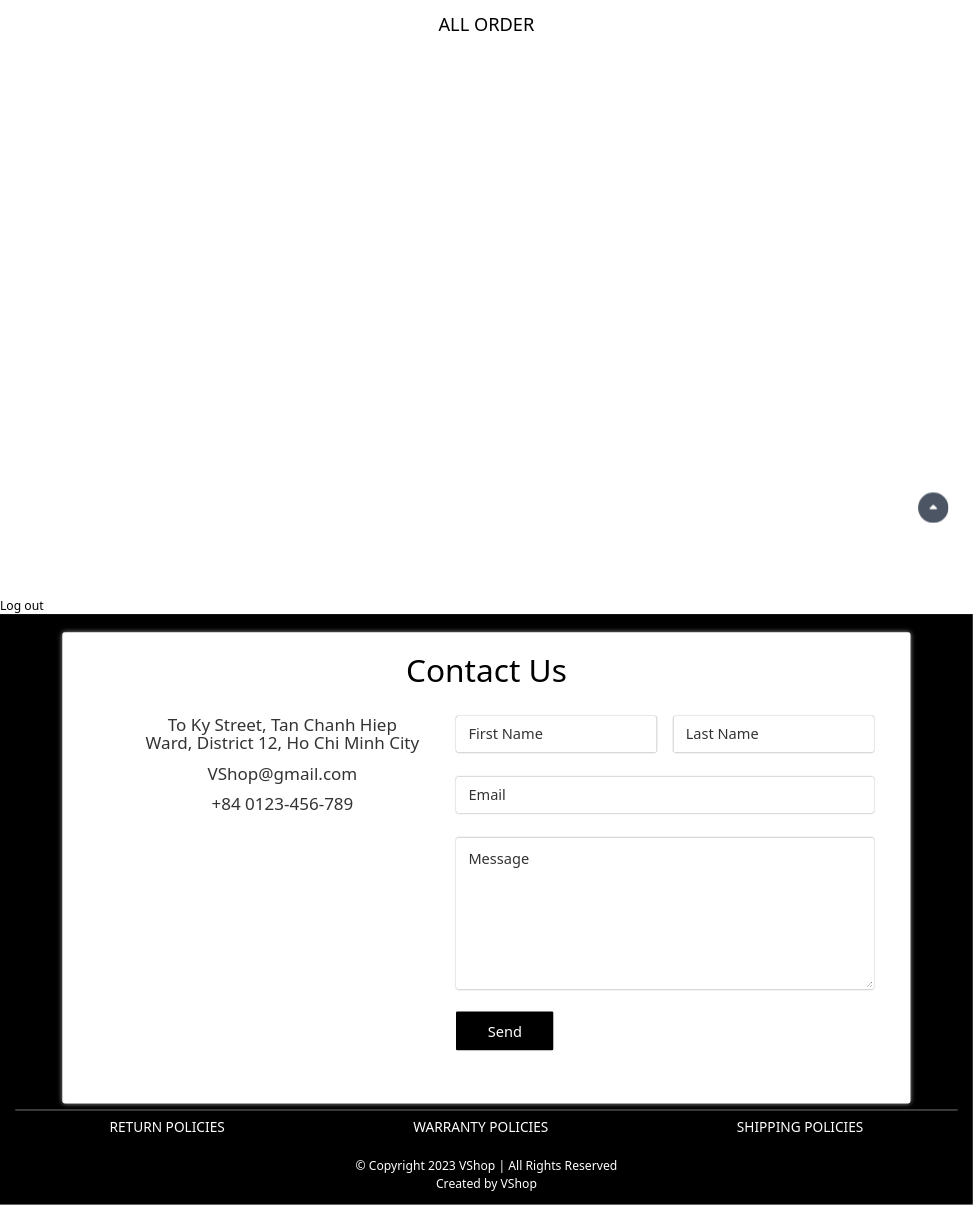
Repository: Kith933UTH/VSHOP
Page: /user
The author's editor kept a copy of each file at every save. The page is drawn from the files as they stood at one save, then again after the next save.
The browser window is 1280 px wide. The pictures show the whole page, at 76% of full size.
Pictures or frames that could not be fetched are drawn as grey boxes. The project was rebuilt for these pictures with package versions that can differ from the ones it lists, and the page was loaded fresh each time. Also part of the build but not shown: src/components/product-item/ProductItem.js, src/components/loader/Loader.js, src/constants/constants.js, src/components/product-filters/Category.js, src/components/product-filters/Price.js, src/components/product-filters/Rating.js, src/components/product-filters/ProductFilters.js, src/components/cart-shopping/CartEmpty.js and 25 more.

Above is the page before, as saved 2023-08-05 22:48:04.

### public/index.html
<!DOCTYPE html>
<html lang="en">
  <head>
    <meta charset="utf-8" />
    <link rel="icon" href="./logo.png" />
    <meta name="viewport" content="width=device-width, initial-scale=1" />
    <meta name="theme-color" content="#000000" />
    <meta
      name="description"
      content="Web site created using create-react-app"
    />
    <link rel="apple-touch-icon" href="%PUBLIC_URL%/logo192.png" />
    <!--
      manifest.json provides metadata used when your web app is installed on a
      user's mobile device or desktop. See https://developers.google.com/web/fundamentals/web-app-manifest/
    -->
    <link rel="manifest" href="%PUBLIC_URL%/manifest.json" />
    <!--
      Notice the use of %PUBLIC_URL% in the tags above.
      It will be replaced with the URL of the `public` folder during the build.
      Only files inside the `public` folder can be referenced from the HTML.

      Unlike "/favicon.ico" or "favicon.ico", "%PUBLIC_URL%/favicon.ico" will
      work correctly both with client-side routing and a non-root public URL.
      Learn how to configure a non-root public URL by running `npm run build`.
    -->
    <title>VShop</title>
  </head>
  <body>
    <noscript>You need to enable JavaScript to run this app.</noscript>
    <div id="root"></div>
  </body>
</html>

### src/index.js
import React from 'react'
import ReactDOM from 'react-dom/client'
import App from './App'
import {Provider} from "react-redux"
import {BrowserRouter} from "react-router-dom"
import {store} from "./redux"
import './index.css'

const root = ReactDOM.createRoot(document.getElementById('root'))
root.render(
    <Provider store={store}>
        <BrowserRouter>
            <App />
        </BrowserRouter>
    </Provider>
)

### src/App.js
import React from "react"
// import { useState } from "react"
import {Context} from "./context/context"
import {Route, Routes} from "react-router-dom"
import {HomePage} from "./pages/HomePage"
import {ProductOverView} from "./pages/ProductOverView"
// import {Header} from "./components/header/Header"
import {Footer} from "./components/footer/Footer"
import {BtnScroll} from "./components/btn-scroll/BtnScroll"
import { LoginPage } from "./components/login/LoginPage"
import { RegisterPage } from "./components/login/RegisterPage"
import { PrivatePage } from "./pages/PrivatePage"
import { ProductOverViewPrivate } from "./pages/ProductOverViewPrivate"
import { ReturnPolicy } from "./components/policy/ReturnPolicy"
import { WarrantyPolicy } from "./components/policy/WarrantyPolicy"
import { ShippingPolicy } from "./components/policy/ShippingPolicy"
import { AdminPage } from "./pages/AdminPage"
import { Payment } from "./components/payment/Payment"
import { Success } from "./components/payment/Success"
import { User } from "./components/user/User"
export default function App() {
    const productId = {id: 0}
    return (
        <main>
            <Context.Provider value={productId}>
                {/* <Header /> */}
                <Routes>
                    {/* <Route path='/private' element={ <PrivatePage /> }/> */}
                    <Route index element={ <HomePage /> }/>
                    <Route path='/products/:id' element={ <ProductOverView /> }/>
                    {/* <Route path='/private/private/products/:id' element={ <ProductOverViewPrivate /> }/> */}
                    <Route path="/login" element={ <LoginPage /> } />
                    <Route path="/register" element={ <RegisterPage /> } />
                    <Route path="/return-policy" element={ <ReturnPolicy /> } />
                    <Route path="/warranty-policy" element={ <WarrantyPolicy /> } />
                    <Route path="/shipping-policy" element={ <ShippingPolicy /> } />
                    <Route path="/admin" element={ <AdminPage /> } />
                    <Route path="/payment" element={ <Payment /> } />
                    {/* <Route path="/private/payment" element={ <Payment /> } /> */}
                    <Route path="/products/:id/payment" element={ <Payment /> } />
                    {/* <Route path="/private/private/products/:id/payment" element={ <Payment /> } /> */}
                    <Route path="/success" element={ <Success /> } />
                    <Route path="/user" element={ <User /> } />
                </Routes>
                <BtnScroll />
                <Footer/>
            </Context.Provider>
        </main>
    )
}

### src/redux/index.js
import {configureStore} from "@reduxjs/toolkit"
import {productsApi} from "./products/products.api"
import {productReducer} from "./products/products.slice"
import {setupListeners} from "@reduxjs/toolkit/query"

export const store = configureStore({
    reducer: {
        [productsApi.reducerPath]: productsApi.reducer,
        product: productReducer
    },
    middleware: getDefaultMiddleware => getDefaultMiddleware().concat(productsApi.middleware)
})

setupListeners(store.dispatch)

### src/index.css
@tailwind base;
@tailwind components;
@tailwind utilities;

@layer utilities {
    input[type="number"]::-webkit-inner-spin-button,
    input[type="number"]::-webkit-outer-spin-button {
        @apply appearance-none;
    }
}

html, body {
    width: 100%;
    height: 100%;
}

body::-webkit-scrollbar,
.box-item::-webkit-scrollbar,
.search-box::-webkit-scrollbar{
    width: 8px;
}

main {
    display: flex;
    flex-direction: column;
    height: 100%;
}

body::-webkit-scrollbar-thumb,
.box-item::-webkit-scrollbar-thumb,
.search-box::-webkit-scrollbar-thumb{
    background-color: #ccc;
    border-radius: 20px;
}

#root {
    height: 100%;
}

body {
    overflow: hidden;
}

.productItem:hover {
    transition: opacity .3s linear;
    opacity: .5;
}

.box-item {
    height: 320px;
    overflow-y: scroll;
}

/* Loader */
.loader-box {
    width: 100px;
    height: 100px;
    display: flex;
    justify-content: center;
    align-items: center;
    margin: 50px auto 0;
}

.loader{
    position: relative;
    width: 70px;
    height: 70px;
}

.loader span {
    position: absolute;
    top:0;
    left: 0;
    width: 100%;
    height: 100%;
    transform: rotate(calc(18deg * var(--i)));
}

.loader span::before {
    content:'';
    position: absolute;
    top: 0;
    left: 0;
    width: 10px;
    height: 10px;
    background: #000;
    border-radius: 50%;
    transform: scale(0);
    animation: animate 2s linear infinite;
    animation-delay: calc(0.1s * var(--i));
}
@keyframes animate {
    0%{
        transform: scale(0);
    }
    10%{
        transform: scale(1.2);
    }
    80%,100%{
        transform: scale(0);
    }
}

### src/context/context.js
import {createContext} from "react"

export const Context = createContext()

### src/components/footer/Footer.js
import React from "react"
import { Contact } from "../contact/Contact"
import { Policy } from "../policy/Policy"
export function Footer() {
    return (
        <footer className='bg-black text-white in-h-fit'>
            {/* <div className='max-w-[1240px] mx-auto py-2 text-sm sm:text-base'>
                <div className='flex justify-center'>
                    <a href='https://github.com/VolodymyrGoshko/react-shop'
                       target='_blank'
                       rel="noreferrer"
                       className='capitalize border-b mb-3 text-base hover:text-gray-300 transition'
                    >
                        view source code on github
                    </a>
                </div>
                <div className='flex justify-center flex-col items-center'>
                    <p className='text-center'>© Copyright 2022 React Shop | All Rights Reserved</p>
                    <a href='https://www.linkedin.com/in/volodymyr-goshko-656ab920b/'
                       target="_blank"
                       rel="noreferrer"
                       className='hover:text-gray-300 transition'
                    >
                        Created by Volodymyr Goshko
                    </a>
                </div>
            </div> */}
            <Contact />
            <Policy />
            <div className='flex justify-center flex-col items-center my-4'>
                    <p className='text-center'>© Copyright 2023 VShop | All Rights Reserved</p>
                    <a href='#' className='hover:text-gray-300 transition' >
                        Created by VShop
                    </a>
                </div>
        </footer>
    )
}

### src/components/btn-scroll/BtnScroll.js
import React from "react"
import {FontAwesomeIcon} from "@fortawesome/react-fontawesome"
import {faCaretUp} from "@fortawesome/free-solid-svg-icons"

export function BtnScroll() {
    const topClick = () => {
        const body = document.querySelector('body').getBoundingClientRect().top + window.scrollY
        window.scroll({
            top: body,
            behavior: 'smooth'
        })
    }

    return (
        <button
            className='fixed bottom-8 right-4 bg-gray-600 text-white rounded-full w-[30px] h-[30px] md:w-[40px] md:h-[40px] md:right-8 md:bottom-8 z-20 shadow-gray-600'
            onClick={topClick}
        >
            <FontAwesomeIcon icon={faCaretUp}/>
        </button>
    )
}

### src/components/user/User.js
import React from "react"
import {useDispatch, useSelector} from "react-redux"
import { useNavigate} from "react-router-dom"
import { OrderItem } from "./OrderItem"
import { toggleLogin } from "../../redux/products/products.slice"

export function User() {
    const dispatch = useDispatch()
    const navigate = useNavigate()
    const {cart, order} = useSelector(state => state.product)
    const totalPrice = (items) => {
        let price = 0
        items.forEach(item => price += item.price * item.quantity)
        return Math.round(price * 100) / 100
    }
    const handleLogOut = () => {
        dispatch(toggleLogin(false))
        navigate('/')
    }

    return (
        <>
        <div className="text-2xl font-medium text-center py-4">ALL ORDER</div>
        <div className={`min-w-[400px] min-h-screen flex flex-col items-center ${cart.length > 2 ? 'box-item' : ''}`}>
            {!order
            ? 'No order yet'
            : order.map((items, index) =>
            <div key={index} className="border-2 rounded border-black mb-10 w-4/5">
                <div className="text-2xl font-medium pl-2 border-b-2"> Order {index + 1} </div>
                {items.map(item => <OrderItem key={item.id} item={item}/>)}
                <div className='mr-0 sm:mr-4 font-semibold flex justify-end'>
                    <span className='text-base sm:text-xl my-2'>Total:  </span>
                    <span className='text-base sm:text-xl my-2 ml-4'>{totalPrice(items)} $</span>
                </div>
            </div>
            )}
        </div>
        <div>
            {/* <button onClick={navigate('/')}>Back to HomePage</button> */}
            <button onClick={handleLogOut}>Log out</button>
        </div>
        </>
    )
}

### src/redux/products/products.api.js
import {createApi, fetchBaseQuery} from "@reduxjs/toolkit/query/react"

export const productsApi = createApi({
    reducerPath: 'products/api',
    baseQuery: fetchBaseQuery({
        baseUrl: 'https://fakestoreapi.com'
    }),
    // refetchOnFocus: true,
    endpoints: build => ({
        getProductsAll: build.query({
            query:() => ({
                url: '/products'
            })
        }),
        getProductById: build.query({
            query:(id) => ({
                url: `/products/${id}`
            })
        }),
        getProductByCategory: build.query({
            query:(category) => ({
                url: `/products/category/${category}`
            })
        })
    })
})

export const {
    useGetProductsAllQuery,
    useGetProductByIdQuery,
    useGetProductByCategoryQuery
} = productsApi

### src/redux/products/products.slice.js
import {createSlice} from "@reduxjs/toolkit"

const productsSlice = createSlice({
    name: 'products',
    initialState: {
        cart: [],
        btnCart: null,
        filters: {},
        search: false,
        searchFilterProducts: null,
        logged: false,
        user: {username: 'username', password: 'password'},
        order: JSON.parse(localStorage.getItem("ORDER")) || []
    },
    reducers: {
        clearCart(state, action) {
            state.cart = state.cart.slice(0, action.payload)
        },
        addProductToCart(state, action) {
            state.cart.push({...action.payload, quantity: 1})
        },
        incrementProductInCart(state, action) {
            const item = state.cart.find(item => item.id === action.payload)
            item.quantity++
        },
        decrementProductInCart(state, action) {
            const item = state.cart.find(item => item.id === action.payload)
            if (item.quantity === 1) {
                item.quantity = 1
            } else {
                item.quantity--
            }
        },
        toggleBtnCart(state, action) {
            state.btnCart = action.payload
        },
        removeItemFromCart(state, action) {
            state.cart = state.cart.filter(el => el.id !== action.payload)
        },
        filtersProductsByCategory(state, action) {
            state.filters = action.payload
        },
        toggleSearchForm(state, action) {
            state.search = action.payload
        },
        toggleLogin(state, action) {
            state.logged = action.payload
        },
        setSearchFilterProducts(state, action) {
            state.searchFilterProducts = action.payload
        },
        setLocalStorage(state, action) {
            state.order.push(action.payload)
            localStorage.setItem('ORDER', JSON.stringify(state.order))
        }
    },
})

export const productReducer = productsSlice.reducer
export const {
    clearCart,
    addProductToCart,
    incrementProductInCart,
    decrementProductInCart,
    toggleBtnCart,
    removeItemFromCart,
    filtersProductsByCategory,
    toggleSearchForm,
    toggleLogin,
    setSearchFilterProducts,
    setLocalStorage
} = productsSlice.actions

### src/components/policy/Policy.js
import React from "react"
import { Link } from "react-router-dom"
export function Policy() {
    return (
        <div className='text-white in-h-fit max-w-[1240px] mx-auto py-2 text-sm sm:text-base flex justify-around items-cente'>
            <Link className='text-lg font-medium text-center' to='/return-policy'>
                RETURN POLICIES
            </Link>
            <Link className='text-lg font-medium text-center' to='/warranty-policy'>
                WARRANTY POLICIES
            </Link>
            <Link className='text-lg font-medium text-center' to='/shipping-policy'>
                SHIPPING POLICIES
            </Link>
        </div>
    )
}

### src/components/contact/index.css
.contact-section {
    /* height: 96vh; */
    width: 100%;
    border-bottom: 1px solid #999;
}

.form-area {
    position: relative;
    /* height:84vh; */
    width: 100%;
    background: black;
    -webkit-box-sizing: border-box;
    box-sizing: border-box;
}

.form-area .form-wrap {
    /* position: absolute; */
    /* left: 50%;
    -webkit-transform: translateX(-50%);
    -ms-transform: translateX(-50%);
    transform: translateX(-50%); */
    width: 1120px;
    background-color: white;
    background-size: cover;
    background-position: center;
    border-radius: 0.2rem;
    -webkit-box-sizing: border-box;
    box-sizing: border-box;
    -webkit-box-shadow: 0 0 0.4rem 0 #999;
    box-shadow: 0 0 0.4rem 0 #999;
}

.form-wrap .title {
    padding-top: 2.4rem;
    width: 100%;
    -webkit-box-sizing: border-box;
    box-sizing: border-box;
}

.form-wrap .title h1 {
    color: black;
    font-size: 2.6rem;
    text-align: center;
}

.form-wrap .contact-area {
    padding-top: 3rem;
    display: -webkit-box;
    display: -ms-flexbox;
    display: flex;
    width: 100%;
    height: auto;
    -webkit-box-sizing: border-box;
    box-sizing: border-box;
}

.contact-area .contact-info {
    display: flex;
    flex-direction: column;
    justify-content: center;
    align-items: center;
    width: 35%;
    height: 100%;
    margin-left: 6rem;
}

.contact-info>div {
    margin-bottom: 1rem;
    display: -webkit-box;
    display: -ms-flexbox;
    display: flex;
    -webkit-box-align: center;
    -ms-flex-align: center;
    align-items: center;
}

.contact-info>div>p {
    color: #333;
    font-size: 1.4rem;
    font-weight: 500;
    text-align: center;
}

.contact-info>div>span {
    color: #61790a;
    font-size: 2rem;
    margin-right: 0.8rem;
}

.contact-area .contact-form {
    display: -webkit-box;
    display: -ms-flexbox;
    display: flex;
    -webkit-box-orient: vertical;
    -webkit-box-direction: normal;
    -ms-flex-direction: column;
    flex-direction: column;
    width: 60%;
    height: auto;
    padding: 0 3rem;
    -webkit-box-sizing: border-box;
    box-sizing: border-box;
}

.contact-form .name-field {
    display: -webkit-box;
    display: -ms-flexbox;
    display: flex;
    -webkit-box-pack: justify;
    -ms-flex-pack: justify;
    justify-content: space-between;
}

.name-field .input-area {
    width: 48%;
}

.contact-form .input-area {
    position: relative;
    margin-bottom: 2rem;
}

.input-area input {
    height: 3rem;
    width: 100%;
    color: #333;
    font-size: 1.2rem;
    border: 2px solid #fff;
    border-radius: 0.2rem;
    /* background: #eff; */
    -webkit-box-shadow: 0 0 0.1rem #666;
    box-shadow: 0 0 0.1rem #666;
    outline: none;
    padding: 0 1rem;
    -webkit-box-sizing: border-box;
    box-sizing: border-box;
    -webkit-transition: all 0.3s ease;
    -o-transition: all 0.3s ease;
    transition: all 0.3s ease;
}

.input-area label {
    position: absolute;
    top: 50%;
    left: 1rem;
    -webkit-transform: translateY(-50%);
    -ms-transform: translateY(-50%);
    transform: translateY(-50%);
    color: #333;
    font-size: 1.2rem;
    font-weight: 500;
    -webkit-transition: all 0.3s ease;
    -o-transition: all 0.3s ease;
    transition: all 0.3s ease;
}

.input-area input:focus~label,
.input-area input:valid~label {
    top: -0.8rem;
    left: 0;
    color: #fff;
    background: #111;
    border-radius: 5px;
    padding: 0.2rem;
    font-size: 1rem;
}

.contact-form .message-area {
    position: relative;
    -webkit-box-flex: 1;
    -ms-flex: 1 1 auto;
    flex: 1 1 auto;
    height: 200px;
    width: 100%;
}

.message-area textarea {
    height: 100%;
    width: 100%;
    border: 2px solid #fff;
    outline: none;
    font-size: 1.2rem;
    padding: 1rem;
    color: #333;
    -webkit-box-sizing: border-box;
    box-sizing: border-box;
    -webkit-box-shadow: 0 0 0.1rem #666;
    box-shadow: 0 0 0.1rem #666;
    border-radius: 0.2rem;
    resize: vertical;
    -webkit-transition: all 0.3s ease;
    -o-transition: all 0.3s ease;
    transition: all 0.3s ease;
}

.message-area label {
    position: absolute;
    color: #333;
    font-weight: 500;
    font-size: 1.2rem;
    top: 1rem;
    left: 1rem;
    -webkit-transition: all 0.3s ease;
    -o-transition: all 0.3s ease;
    transition: all 0.3s ease;
}

.message-area textarea:focus~label,
.message-area textarea:valid~label {
    top: -1.6rem;
    left: 0;
    color: #fff;
    padding: 0.2rem;
    background: #111;
    font-size: 1rem;
}

.contact-form .btn {
    margin-top: 1.8rem;
}

.contact-form .btn button {
    height: 3.2rem;
    width: 8rem;
    border: none;
    outline: none;
    color: #fff;
    font-size: 1.2rem;
    background: black;
    border-radius: 0.1rem;
    cursor: pointer;
}

#contact.menu-active {
    padding-top: 2rem;
}

### src/components/contact/reponsive.css
@media screen and (min-width: 940px) and (max-width: 1360px) {
    /* .contact-section {
        height: 107vh;
    } */
    .form-area .form-wrap {
        width: 90%;
        height: 620px;
    }
}

@media screen and (max-width: 1040px) {
    .contact-area .contact-info {
        margin-left: 0;
        display: flex;
        flex-direction: column;
        justify-content: center;
        align-items: center;
    }

    .contact-area .contact-form {
        padding: 0 1.8rem;
    }

}



@media screen and (max-width: 940px) {
    /* .contact-section {
        height: 148vh;
    } */

    .form-area .form-wrap {
        padding-bottom: 3.6rem;
        width: 80%;
        height: auto;
    }

    .form-wrap .contact-area {
        -webkit-box-orient: vertical;
        -webkit-box-direction: normal;
        -ms-flex-direction: column;
        flex-direction: column;
        -webkit-box-pack: center;
        -ms-flex-pack: center;
        justify-content: center;
    }

    .contact-area .contact-info {
        width: 100%;
    }

    .contact-area .contact-form {
        width: 100%;
        padding: 1rem 4rem 0 4rem;
    }
}

/*
@media screen and (max-width: 836px) {
    .contact-section {
        min-height: 96vh;
    }
} */

@media screen and (max-width: 770px) {
    .contact-section {
        height: 1100px;
    }

    .form-area .form-wrap {
        width: 88%;
        height: auto;
    }
}

@media screen and (max-width: 680px) {
    .contact-section {
        height: 1100px;
    }


    .form-area .form-wrap {
        /* top: -82%; */
        width: 88%;
        height: auto;
    }

}


@media screen and (max-width: 490px) {
    .contact-section {
        height: 1100px;
    }

    .contact-area .contact-info {
        width: 88%;
        margin-left: 1.2rem;
    }

    .form-area .form-wrap {
        /* top: -82%; */
        width: 88%;
        height: auto;
    }

    .contact-info>div>p {
        font-size: 1.2rem;
    }

    .contact-area .contact-form {
        margin-top: 1.4rem;
        padding: 0 1.2rem;
    }

}

@media screen and (max-width: 390px) {
    .contact-section {
        height: 1130px;
    }

    .contact-area .contact-info {
        width: 80%;
        /* margin-left: 1.2rem; */
    }

    .form-area .form-wrap {
        width: 90%;
        height: auto;
    }

    .contact-info>div>p {
        font-size: 1.2rem;
    }

    .contact-area .contact-form {
        width: 100%;
        padding: 1rem 1rem 0 1rem;
    }
}


@media screen and (max-width: 340px) {
    .contact-section {
        height: 980px;
    }

    .form-area .form-wrap {
        top: -86%;
        width: 96%;
    }

    .contact-area  {
        width: 100%;
    }

    .contact-area .contact-info {
        width: 100%;
        margin-left: 1rem;
    }

    .form-wrap .title h1 {
        font-size: 2rem;
    }

    .contact-info>h2 {
        font-size: 1.6rem;
    }

    .contact-info>div>p {
        font-size: 1rem;
    }

    .contact-info>div>span {
        font-size: 1.2rem;
    }

    .input-area label {
        font-size: 1rem;
    }

    .message-area label {
        font-size: 1rem;
    }

}

Loaded but not shown: tailwind.config.js (common file); src/components/contact/Contact.js (66 lines, source omitted)

After the next save:
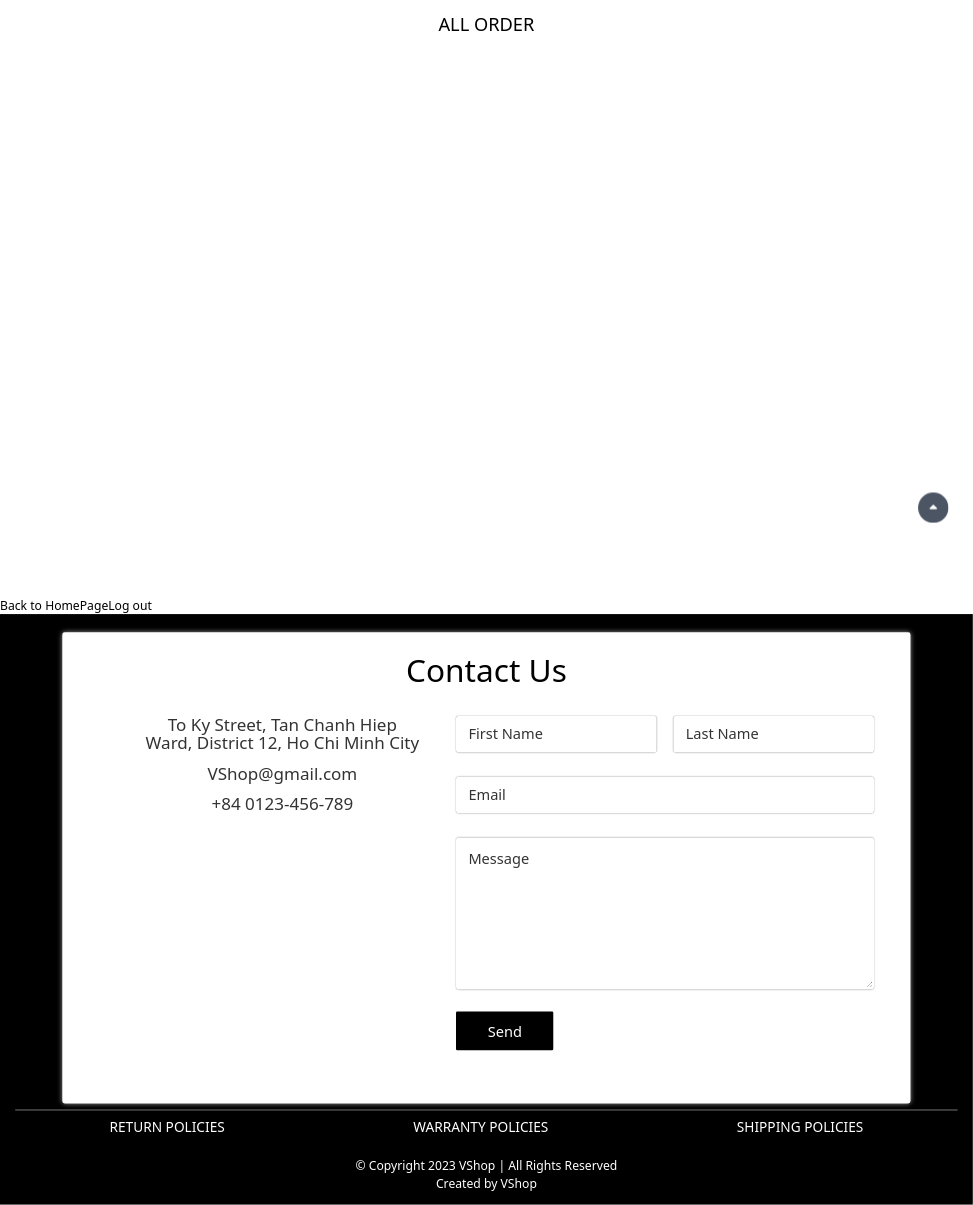
Saved 12 s later.
--- a/src/components/user/User.js
+++ b/src/components/user/User.js
@@ -36,7 +36,7 @@
             )}
         </div>
         <div>
-            {/* <button onClick={navigate('/')}>Back to HomePage</button> */}
+            <button onClick={navigate('/')}>Back to HomePage</button>
             <button onClick={handleLogOut}>Log out</button>
         </div>
         </>
